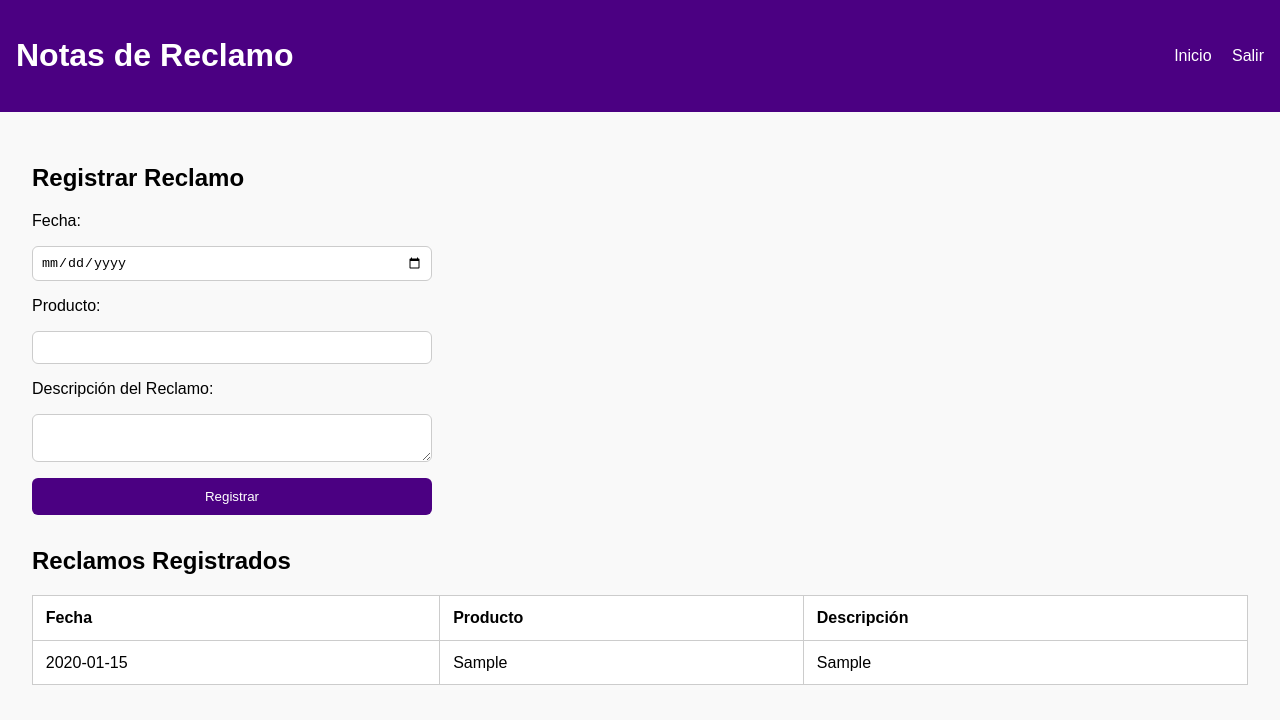
Repository: djkeviin/Mi-primera-chamba
Page: views/reclamos.html
These files come from the project's save history. The page is drawn as it stood at one moment and after the next save; the edit follows.
The browser window is 1280 px wide. The pictures show the whole page.
Empty fields were first filled with sample values (such as "Sample", 5 or name@example.com).
After loading, the first visible `#formReclamo` was submitted once.

Above is the page before, as saved 2025-05-02 00:41:47.

After the next save:
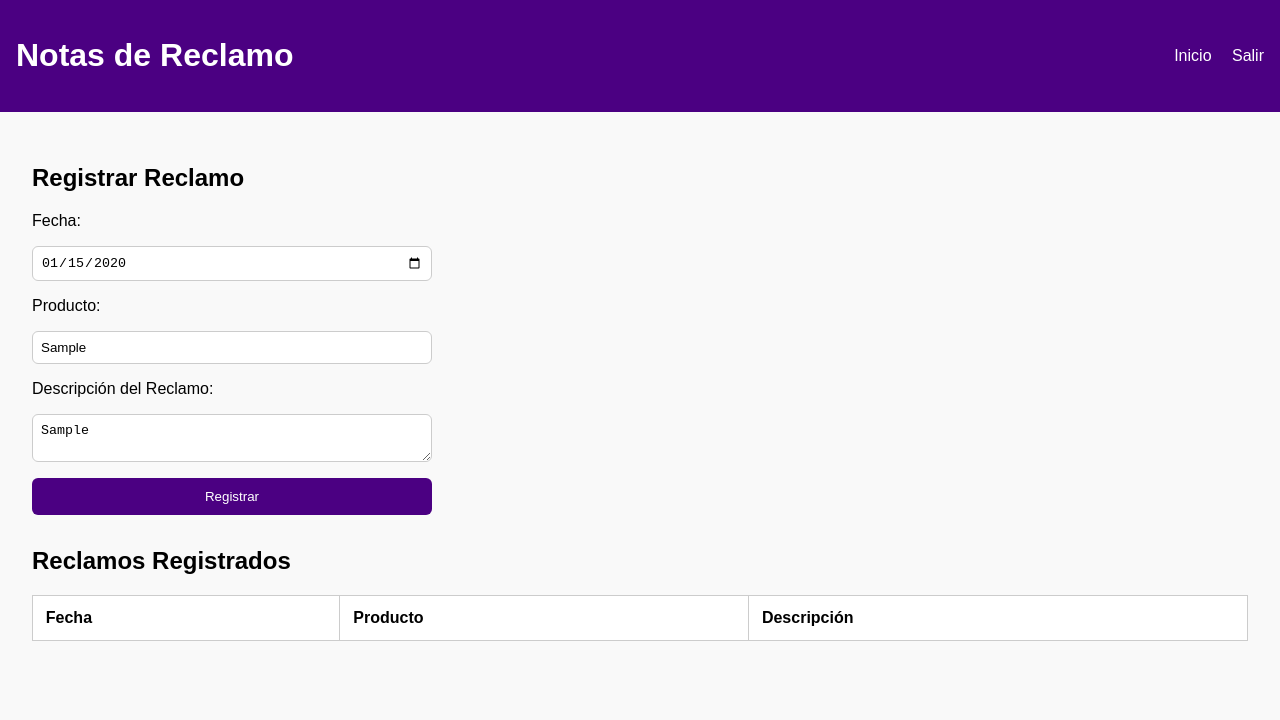
Console error: TypeError: Cannot read properties of undefined (reading 'value')
Saved 6 min 35 s later.
--- a/js/reclamos.js
+++ b/js/reclamos.js
@@ -1,21 +1,80 @@
-document.getElementById("formReclamo").addEventListener("submit", function (e) {
+// Cargar reclamos al iniciar
+document.addEventListener("DOMContentLoaded", function () {
+    const reclamos = JSON.parse(localStorage.getItem("reclamos")) || [];
+    reclamos.forEach(reclamo => agregarFila(reclamo));
+  });
+
+  // Agregar reclamo al enviar el formulario
+  document.getElementById("formReclamo").addEventListener("submit", function(e) {
     e.preventDefault();
 
-    const fecha = document.getElementById("fecha").value;
-    const producto = document.getElementById("producto").value;
-    const descripcion = document.getElementById("descripcion").value;
+    const producto = this.producto.value;
+    const motivo = this.motivo.value;
+    const detalles = this.detalles.value;
+    const estado = this.estado.value;
 
-    const tabla = document.getElementById("listaReclamos");
+    const reclamo = { producto, motivo, detalles, estado };
+    agregarFila(reclamo);
+
+    // Guardar en localStorage
+    const reclamos = JSON.parse(localStorage.getItem("reclamos")) || [];
+    reclamos.push(reclamo);
+    localStorage.setItem("reclamos", JSON.stringify(reclamos));
+
+    this.reset();
+  });
+
+  // Función para agregar una fila a la tabla
+  function agregarFila({ producto, motivo, detalles, estado }) {
+    const tabla = document.getElementById("tablaReclamos");
     const fila = document.createElement("tr");
 
     fila.innerHTML = `
-      <td>${fecha}</td>
       <td>${producto}</td>
-      <td>${descripcion}</td>
+      <td>${motivo}</td>
+      <td>${detalles}</td>
+      <td>${estado}</td>
+      <td>
+        <button onclick="cambiarEstado(this)">Cambiar Estado</button>
+        <button onclick="eliminarFila(this)">Eliminar</button>
+      </td>
     `;
 
     tabla.appendChild(fila);
+  }
 
-    // Limpiar formulario
-    this.reset();
-  });
+  // Cambiar estado entre "Pendiente" y "Resuelto"
+  function cambiarEstado(btn) {
+    const fila = btn.parentNode.parentNode;
+    const estadoCelda = fila.cells[3];
+    estadoCelda.textContent = estadoCelda.textContent === "Pendiente" ? "Resuelto" : "Pendiente";
+    actualizarLocalStorage();
+  }
+
+  // Eliminar fila y actualizar almacenamiento
+  function eliminarFila(btn) {
+    const fila = btn.parentNode.parentNode;
+    fila.remove();
+    actualizarLocalStorage();
+  }
+
+  // Reescribe el localStorage con los datos actuales de la tabla
+  function actualizarLocalStorage() {
+    const tabla = document.getElementById("tablaReclamos");
+    const nuevasFilas = tabla.querySelectorAll("tr");
+    const nuevosDatos = [];
+
+    nuevasFilas.forEach(fila => {
+      const celdas = fila.querySelectorAll("td");
+      if (celdas.length >= 4) {
+        nuevosDatos.push({
+          producto: celdas[0].textContent,
+          motivo: celdas[1].textContent,
+          detalles: celdas[2].textContent,
+          estado: celdas[3].textContent,
+        });
+      }
+    });
+
+    localStorage.setItem("reclamos", JSON.stringify(nuevosDatos));
+  }
